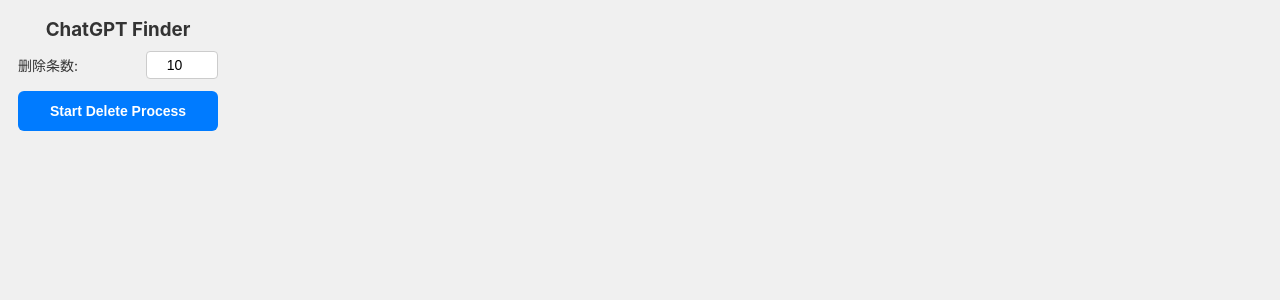
Repository: miloyiyangsun/Batch-Deleter-for-ChatGPT-History
Page: popup.html
An editor plug-in stored every save of this project. The page is shown before and after the next save, followed by the edit.
The browser window is 1280 px wide. The pictures show the whole page.

Above is the page before, as saved 2025-07-03 21:05:00.

### popup.html
<!DOCTYPE html>
<html lang="en">
<head>
    <meta charset="UTF-8">
    <title>ChatGPT Button Finder</title>
    <link rel="stylesheet" href="popup.css">
</head>
<body>
    <h3>ChatGPT Finder</h3>
    <div class="input-group">
        <label for="deleteCount">删除条数:</label>
        <input type="number" id="deleteCount" value="10" min="1">
    </div>
    <button id="searchButton">
        Start Delete Process
    </button>
    <script src="popup.js"></script>
</body>
</html>

### popup.css
body {
    width: 200px;
    padding: 10px;
    font-family: -apple-system, BlinkMacSystemFont, "Segoe UI", Roboto, Helvetica, Arial, sans-serif;
    text-align: center;
    background-color: #f0f0f0;
}

h3 {
    margin-top: 0;
    margin-bottom: 10px;
    color: #333;
}

button {
    width: 100%;
    padding: 12px;
    border: none;
    border-radius: 6px;
    background-color: #007bff;
    color: white;
    font-size: 14px;
    font-weight: bold;
    cursor: pointer;
    transition: background-color 0.2s;
}

button:hover {
    background-color: #0056b3;
}

.input-group {
    display: flex;
    justify-content: space-between;
    align-items: center;
    margin-bottom: 12px;
}

.input-group label {
    font-size: 14px;
    color: #333;
}

.input-group input {
    width: 60px;
    padding: 5px;
    border-radius: 4px;
    border: 1px solid #ccc;
    text-align: center;
    font-size: 14px;
}

### popup.js
// 这个脚本在弹出窗口的上下文中运行。

document.getElementById('searchButton').addEventListener('click', async () => {
    // 获取用户输入的删除数量
    const deleteCount = document.getElementById('deleteCount').value;

    // 将数量存入 chrome.storage 中，以便 content.js 可以访问它。
    // 我们使用 parseInt 确保存入的是一个整数。
    await chrome.storage.local.set({ deleteCount: parseInt(deleteCount, 10) });

    // 获取用户当前正在查看的活动标签页。
    const [tab] = await chrome.tabs.query({ active: true, currentWindow: true });

    // 以编程方式将 content.js 脚本注入到活动标签页中。
    // 这需要 manifest.json 文件中的 "scripting" 权限。
    // manifest.json 中的 "host_permissions" 确保这只在 chatgpt.com 上有效。
    // 如果在其他网站上尝试，控制台会显示错误，这是正常现象。
    chrome.scripting.executeScript({
        target: { tabId: tab.id },
        files: ['content.js']
    });

    // 可选项：点击按钮后关闭弹出窗口。
    window.close();
});

After the next save:
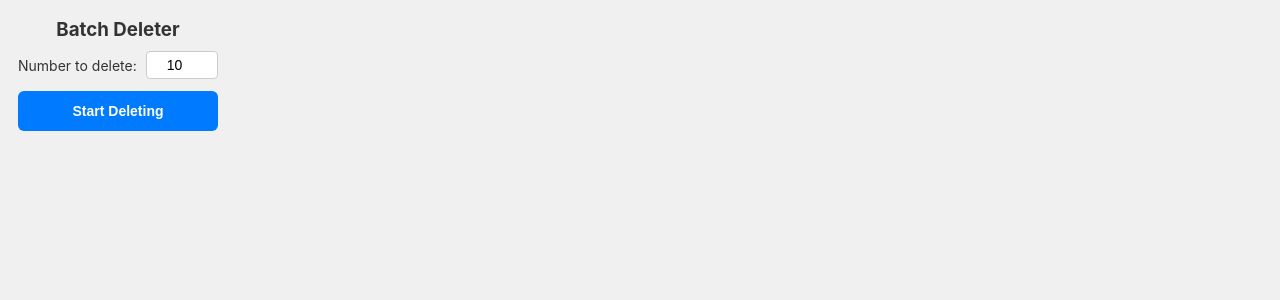
Saved 10 s later.
--- a/popup.html
+++ b/popup.html
@@ -2,17 +2,17 @@
 <html lang="en">
 <head>
     <meta charset="UTF-8">
-    <title>ChatGPT Button Finder</title>
+    <title>ChatGPT Batch Deleter</title>
     <link rel="stylesheet" href="popup.css">
 </head>
 <body>
-    <h3>ChatGPT Finder</h3>
+    <h3>Batch Deleter</h3>
     <div class="input-group">
-        <label for="deleteCount">删除条数:</label>
+        <label for="deleteCount">Number to delete:</label>
         <input type="number" id="deleteCount" value="10" min="1">
     </div>
     <button id="searchButton">
-        Start Delete Process
+        Start Deleting
     </button>
     <script src="popup.js"></script>
 </body>
